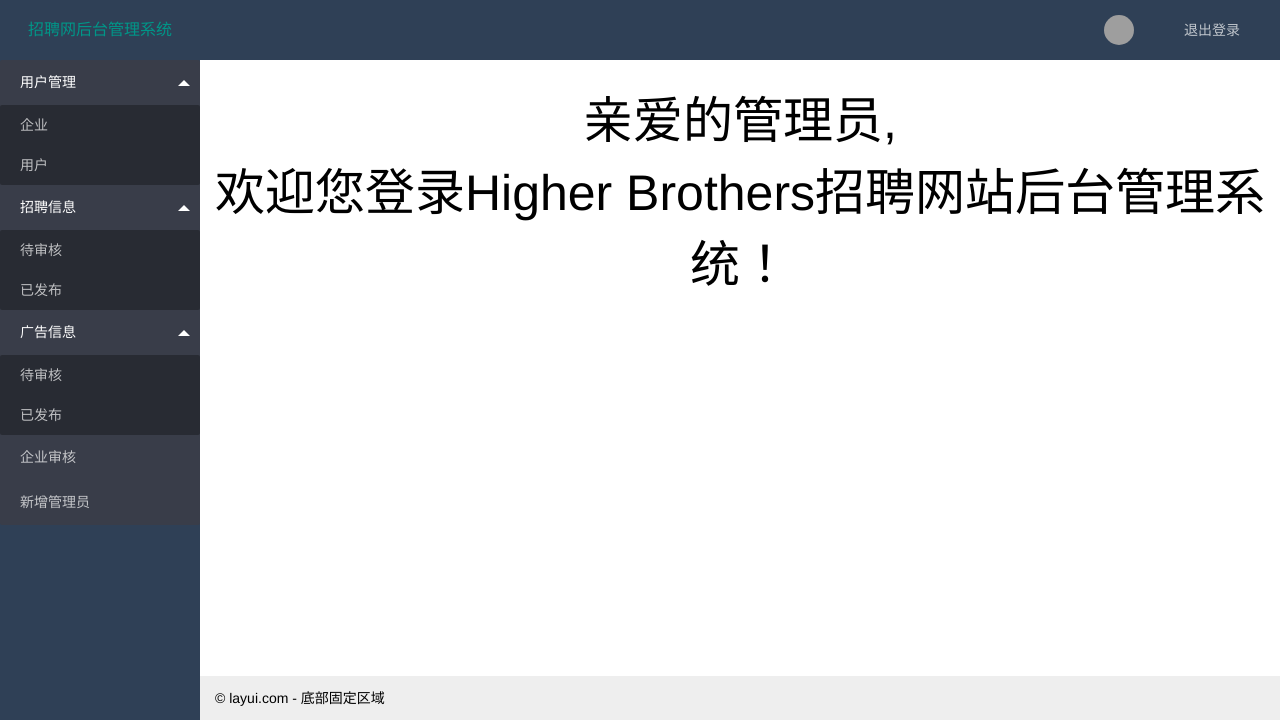
Repository: LongJinhe-coder/java-web-
Page: http://localhost/projectDemo7.30/adminhome.jsp
These files come from the project's save history. The page is drawn as it stood at one moment and after the next save; the edit follows.
The browser window is 1280 px wide. The pictures show the whole page.
Pictures or frames that could not be fetched are drawn as grey boxes. The page is served by Tomcat 9.

Above is the page before, as saved 2020-07-30 01:39:44.

After the next save:
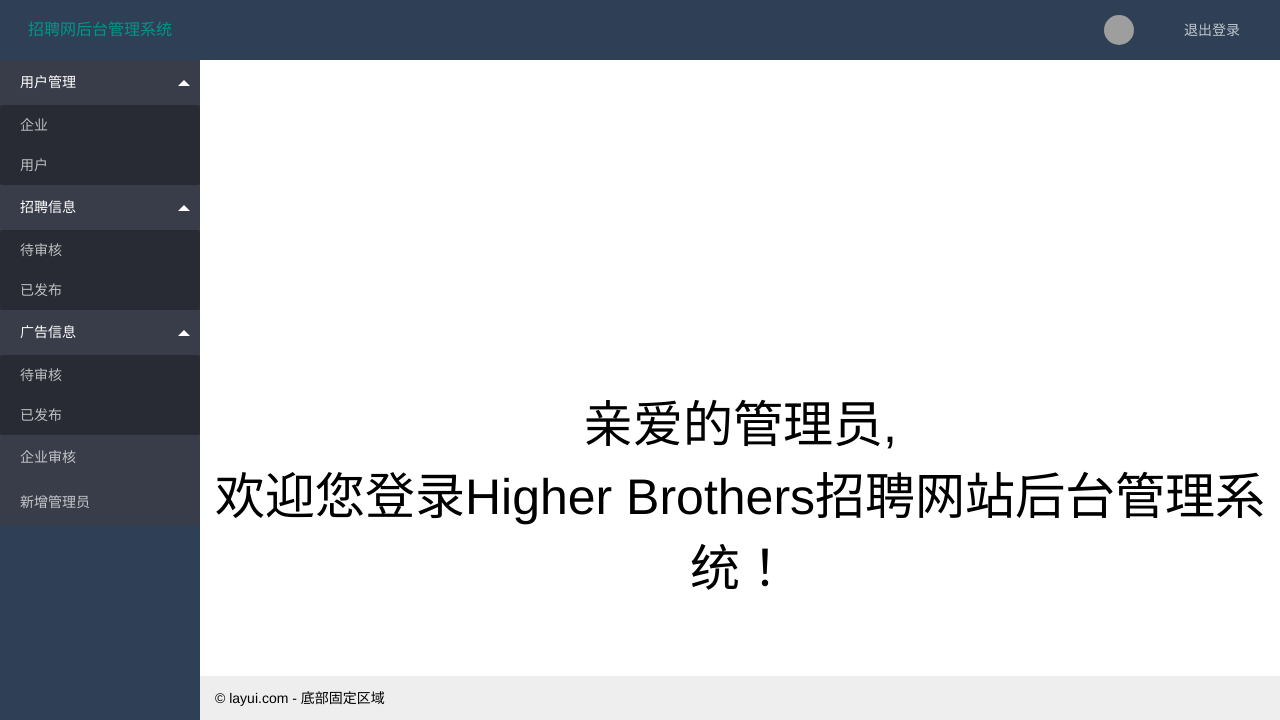
Saved 25 s later.
--- a/MyEclipse CI/projectDemo7.30/WebRoot/index.jsp
+++ b/MyEclipse CI/projectDemo7.30/WebRoot/index.jsp
@@ -18,7 +18,7 @@ String basePath = request.getScheme()+"://"+request.getServerName()+":"+request.
 
   <body>
 
-  <center><div style="font-size: 50px;">亲爱的管理员<font size="30px" color="green">${adminname}</font>,</br>欢迎您登录Higher Brothers招聘网站后台管理系统！</div></center>
+  <center><div style="font-size: 50px;margin-top: 30%">亲爱的管理员<font size="30px" color="green">${adminname}</font>,</br>欢迎您登录Higher Brothers招聘网站后台管理系统！</div></center>
   </body>
 
 </html>
